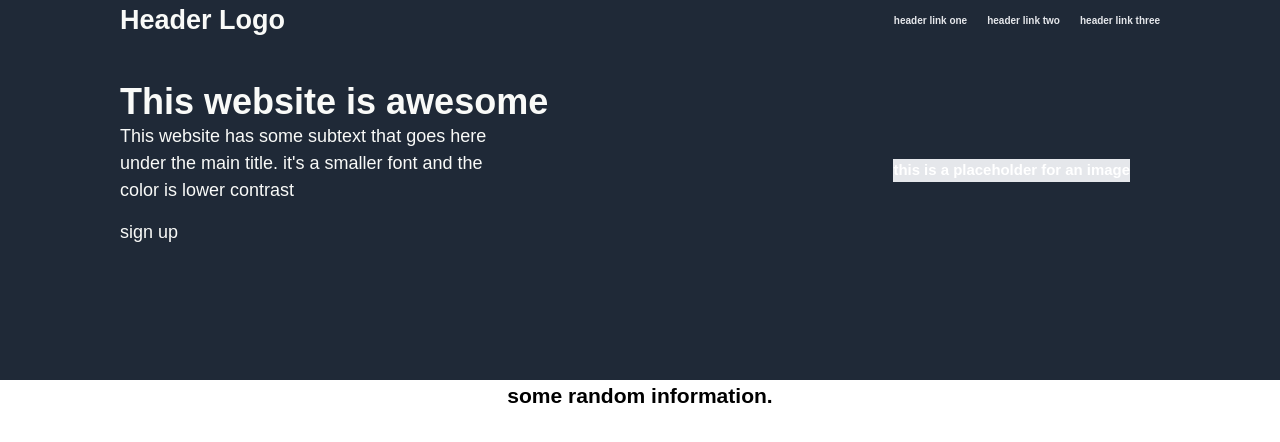
Repository: Grace561/css-exercises
Page: index.html
The author's editor kept a copy of each file at every save. The page is drawn from the files as they stood at one save, then again after a run of saves.
The browser window is 1280 px wide. The pictures show the whole page.

Above is the page before, as saved 2025-04-18 02:37:35.

After the next 4 saves:
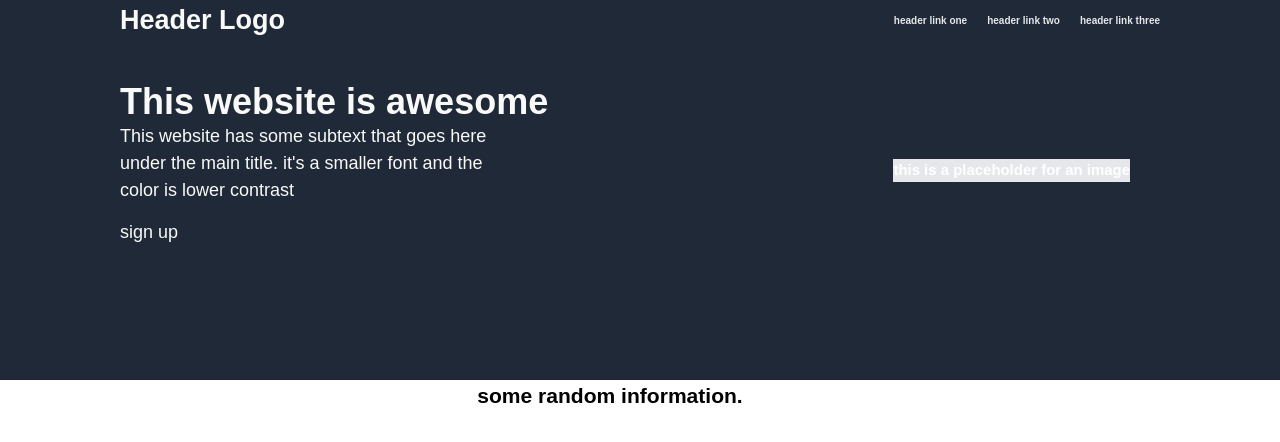
The 4 saves are shown as one change because they came seconds apart.
The last was saved 15 s later.
--- a/index.html
+++ b/index.html
@@ -49,7 +49,7 @@
           <h3>some random information.</h3>
         </div>
     <div class="box">
-        <div
+        <div class="container"
 
     </div>
     </div>
